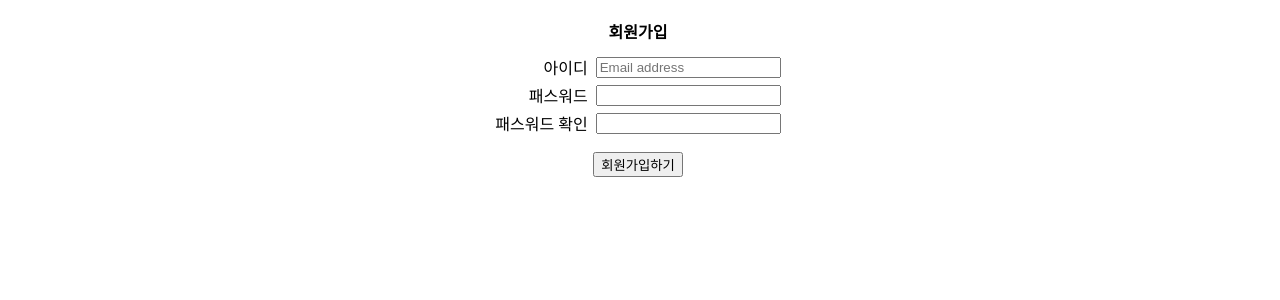
Repository: myungjin2009/SYUBook
Page: http://localhost/Hello2/signup.jsp
The author's editor kept a copy of each file at every save. The page is drawn from the files as they stood at one save, then again after the next save.
The browser window is 1280 px wide. The pictures show the whole page.
The page is served by Tomcat 9. Nobody is signed in. The application's start-up code is not run.

Above is the page before, as saved 2021-05-20 13:44:56.

After the next save:
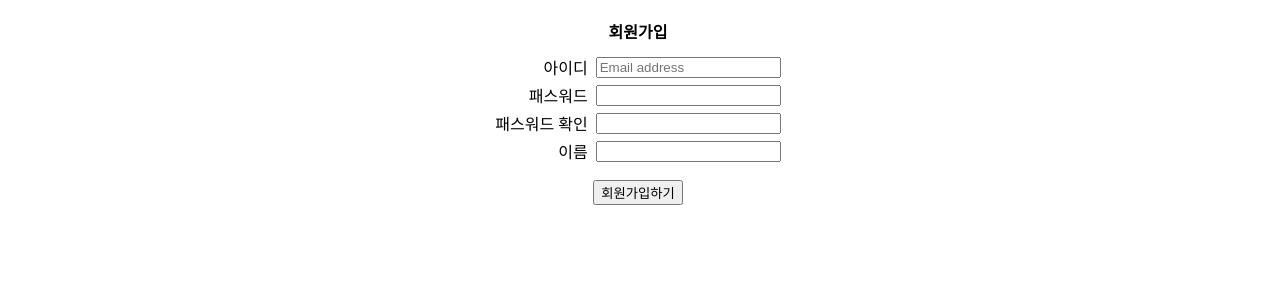
Saved 29 s later.
--- a/Hello2/WebContent/signup.jsp
+++ b/Hello2/WebContent/signup.jsp
@@ -25,6 +25,10 @@
 			<td><input type="password" name="ps2" required></td>
 		</tr>
 		<tr>
+			<td align=right>이름&nbsp;</td>
+			<td><input type="text" name="name" required></td>
+		</tr>
+		<tr>
 			<td colspan=2 align=center height=50>
 			<input type="submit" value="회원가입하기">
 			</td>
